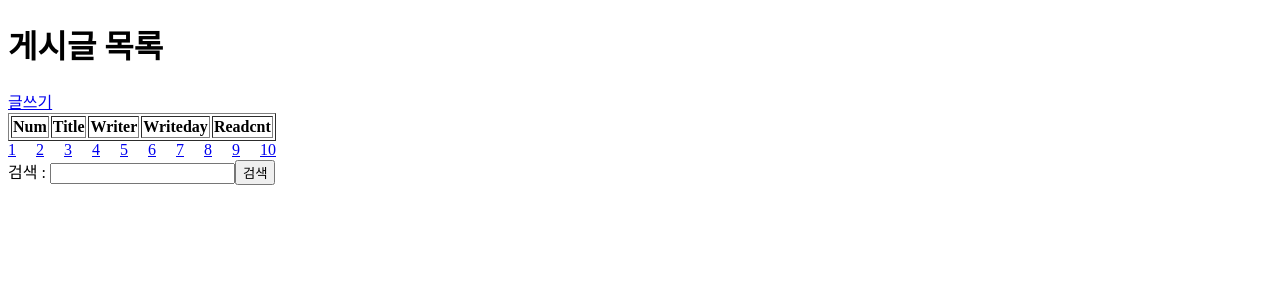
Repository: sanghshlsh/workspace_jsp
Page: http://localhost/Board3/list.jsp
These files come from the project's save history. The page is drawn as it stood at one moment and after the next save; the edit follows.
The browser window is 1280 px wide. The pictures show the whole page.
The page is served by Tomcat 9. The template is opened directly, without the code that normally fills it, so the values that code supplies are empty.

Above is the page before, as saved 2020-06-09 00:23:38.

After the next save:
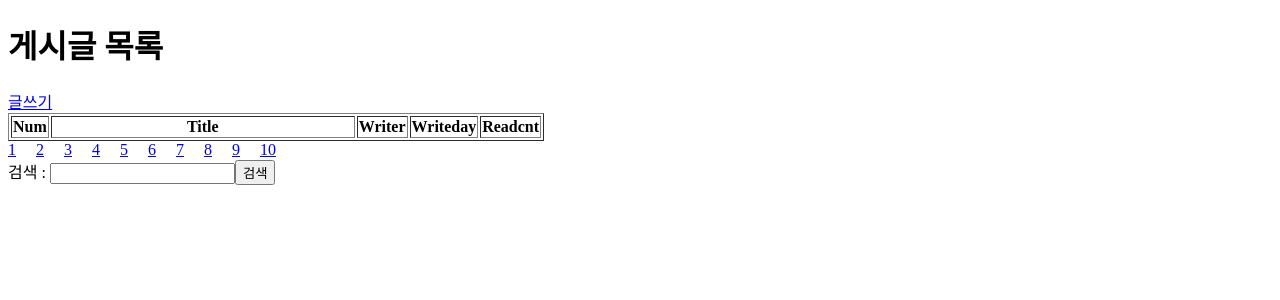
Saved 48 s later.
--- a/Board3/WebContent/list.jsp
+++ b/Board3/WebContent/list.jsp
@@ -19,7 +19,7 @@
 <thead>
 <tr>
 <th>Num</th>
-<th width="10">Title</th>
+<th width="300">Title</th>
 <th>Writer</th>
 <th>Writeday</th>
 <th>Readcnt</th>
